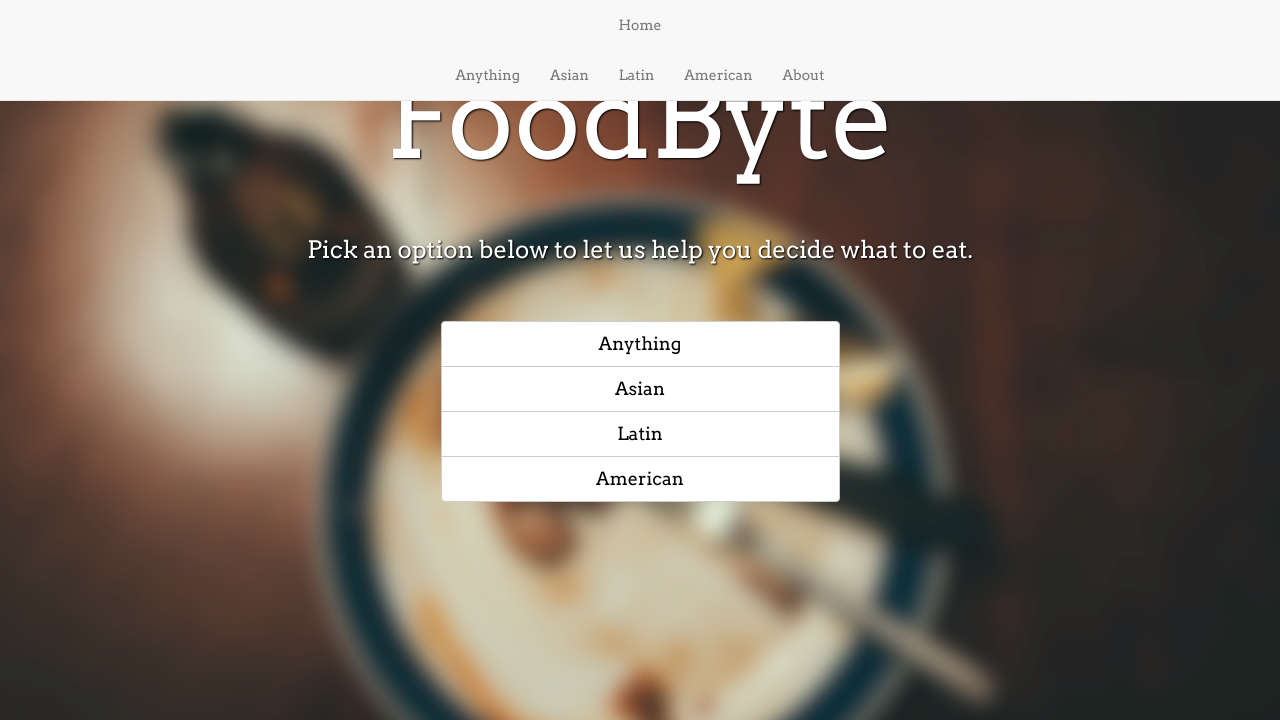
Repository: mheli/foodie
Page: index.html
The author's editor kept a record of every edit. The page is drawn from the files as they stood at one moment, then again after the next edit.
The browser window is 1280 px wide. The pictures show the whole page.
Some web libraries are served in a nearby version.

Above is the page before.

After the next edit:
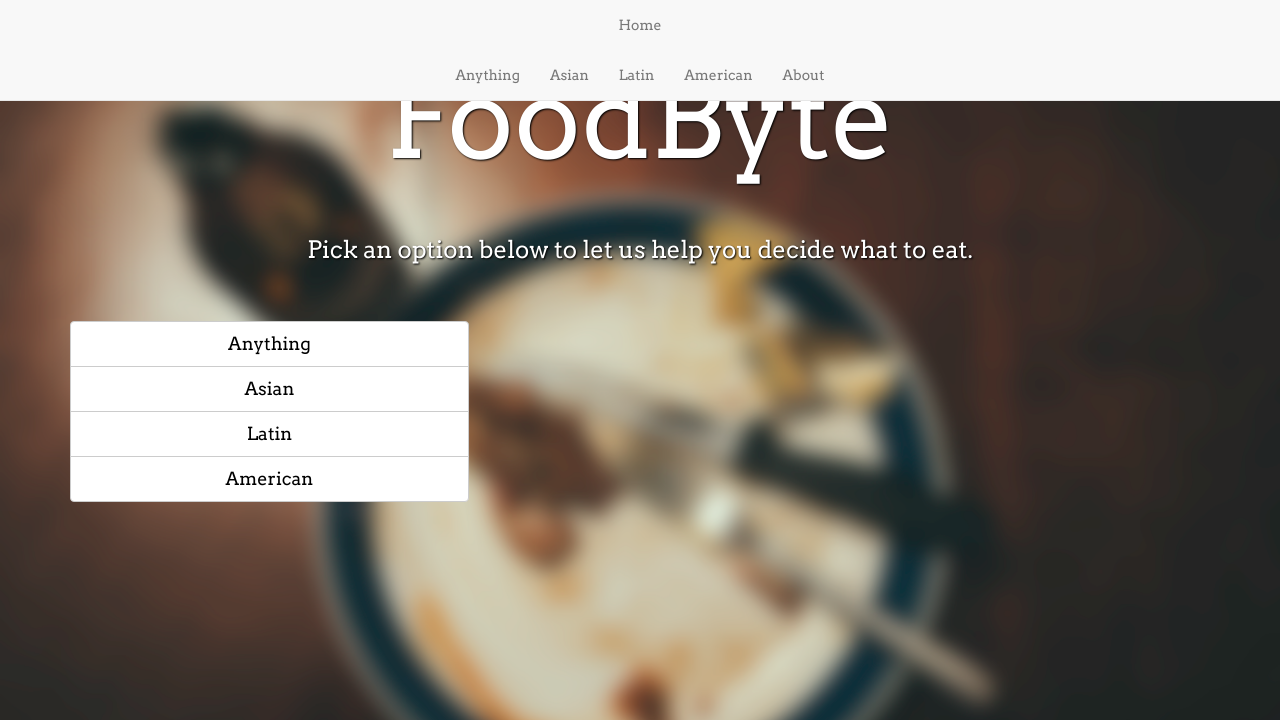
The edit:
--- a/index.html
+++ b/index.html
@@ -53,13 +53,11 @@
         <div class="container">
             <h1>FoodByte</h1>
             <h3>Pick an option below to let us help you decide what to eat.</h3>
-            <div class="primary-buttons">
-                <div class="btn-group-lg btn-group-vertical" role="group" aria-label="...">
-                  <button type="button" class="btn btn-default"><a href="">Anything</a></button>
-                  <button type="button" class="btn btn-default"><a href="./swipe/index.html">Asian</a></button>
-                  <button type="button" class="btn btn-default"><a href="">Latin</a></button>
-                  <button type="button" class="btn btn-default"><a href="">American</a></button>
-                </div>
+            <div class="primary-buttons btn-group-lg btn-group-vertical" role="group" aria-label="...">
+                <button type="button" class="btn btn-default"><a href="">Anything</a></button>
+                <button type="button" class="btn btn-default"><a href="./swipe/index.html">Asian</a></button>
+                <button type="button" class="btn btn-default"><a href="">Latin</a></button>
+                <button type="button" class="btn btn-default"><a href="">American</a></button>
             </div>
         </div>
 
